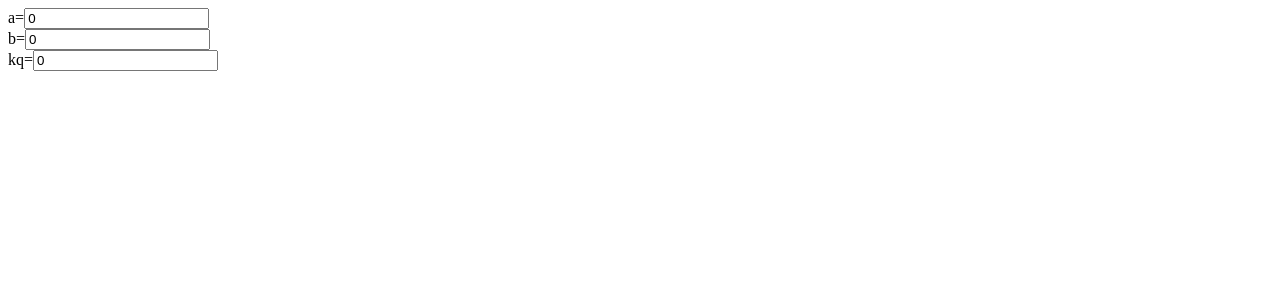
Repository: PhanCanhThoi/javaNangCao-Truong
Page: http://localhost/Nhom6/MayTinh.jsp
The author's editor kept a copy of each file at every save. The page is drawn from the files as they stood at one save, then again after the next save.
The browser window is 1280 px wide. The pictures show the whole page.
The page is served by Tomcat 9. Other server files are loaded and not shown.

Above is the page before, as saved 2024-09-17 01:12:01.

### CodeJava/Nhom6/src/main/webapp/MayTinh.jsp
<%@ page language="java" contentType="text/html; charset=UTF-8"
    pageEncoding="UTF-8"%>
<!DOCTYPE html>
<html>
<head>
<meta charset="UTF-8">
<title>Insert title here</title>
</head>
<body>
	<form action="tinh.jsp" method="post">
		a=<input type="munber" name="txta" value="0"> <br>
		b=<input type="munber" name="txtb" value="0"> <br>
		kq=<input type="munber" name="txtkq" value="0"> <br>
	</form>
</body>
</html>

After the next save:
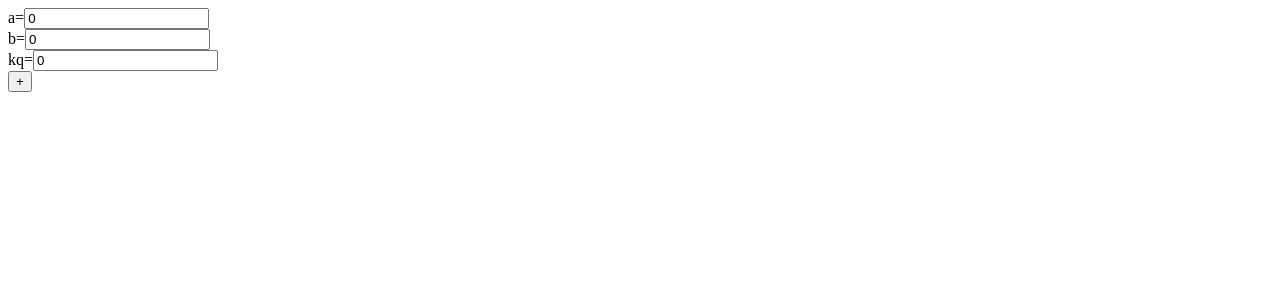
Saved 52 s later.
--- a/CodeJava/Nhom6/src/main/webapp/MayTinh.jsp
+++ b/CodeJava/Nhom6/src/main/webapp/MayTinh.jsp
@@ -11,6 +11,7 @@
 		a=<input type="munber" name="txta" value="0"> <br>
 		b=<input type="munber" name="txtb" value="0"> <br>
 		kq=<input type="munber" name="txtkq" value="0"> <br>
+		<input type="submit" name="butcong" value="+">
 	</form>
 </body>
 </html>
